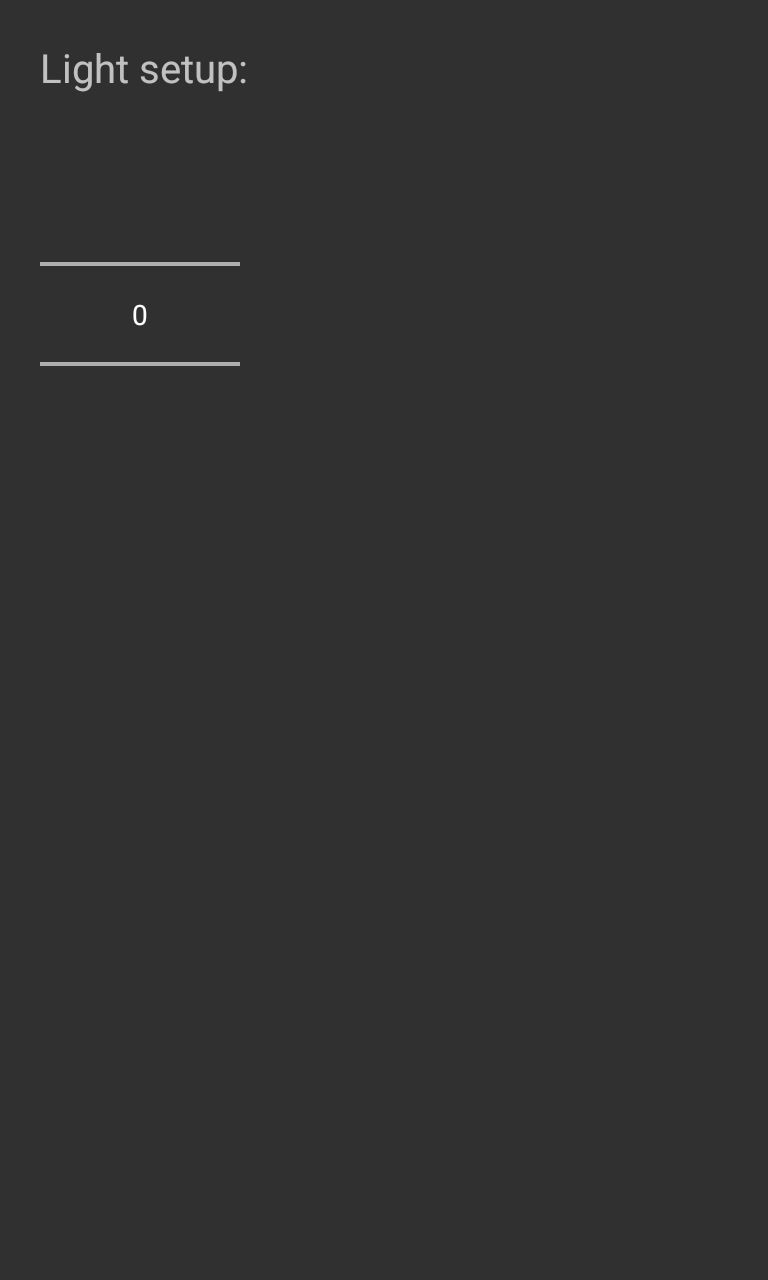
Repository: deanzaka/Shroom-Smart-Terminal
Layout: IOIOShroomST/res/layout/sensors.xml
These files come from the project's save history. The layout is drawn as it stood at one moment and after the next save; the edit follows.
It is drawn on a 768 x 1280 px phone screen (xhdpi) without system bars, with theme Theme.AppCompat; the app's code is not run.

Above is the layout before, as saved 2014-11-18 06:33:00.

### IOIOShroomST/res/layout/sensors.xml
<?xml version="1.0" encoding="utf-8"?>
<LinearLayout xmlns:android="http://schemas.android.com/apk/res/android"
    android:orientation="vertical"
    android:layout_width="fill_parent"
    android:layout_height="fill_parent">

    <TextView
	    android:id="@+id/LightSetupLabel"
	    android:text="@string/light_setup_label"
	    android:layout_width="wrap_content"
	    android:layout_height="wrap_content"
	    android:paddingTop="20dp"
	    android:paddingLeft="20dp"
	    android:textSize="20sp" />

	<RelativeLayout
	    android:layout_width="fill_parent"
	    android:layout_height="wrap_content"
	    android:gravity="left"
	    android:paddingTop="20dp"
	    android:paddingLeft="20dp">

	    <NumberPicker
		    android:id="@+id/userLux"
		    android:layout_width="100dp"
		    android:layout_height="wrap_content"
		    android:layout_alignParentLeft="true"/>

	</RelativeLayout>

</LinearLayout>

### IOIOShroomST/res/values/strings.xml
<?xml version="1.0" encoding="utf-8"?>
<resources>

    <string name="app_name">Shroom - Smart Outlet</string>
    <string name="terminal_1">Plug 1</string>
    <string name="terminal_2">Plug 2</string>
    <string name="terminal_3">Plug 3</string>
    <string name="lamp">Lamp</string>
    <string name="light_label">Light intensity: </string>
    <string name="light_setup_label">Light setup: </string>
    <string name="temp_label">Temperature: </string>
    <string name="cel_label">celcius</string>
    <string name="lux_label">lux</string>
    <string name="auto_label">Auto Mode</string>
    <string name="action_sensors">Sensors</string>
    <string name="action_settings">Setting</string>
    <string name="yes_answer">Yes</string>
    <string name="no_answer">No</string>
    <string name="title_activity_settings">Settings</string>
    <string name="hello_world">Hello world!</string>
    <string name="title_activity_sensors">Sensors</string>
    <string name="light_sensor">Light</string>
    <string name="temp_sensor">Temp</string>
    <string name="timer">Timer</string>

</resources>

After the next save:
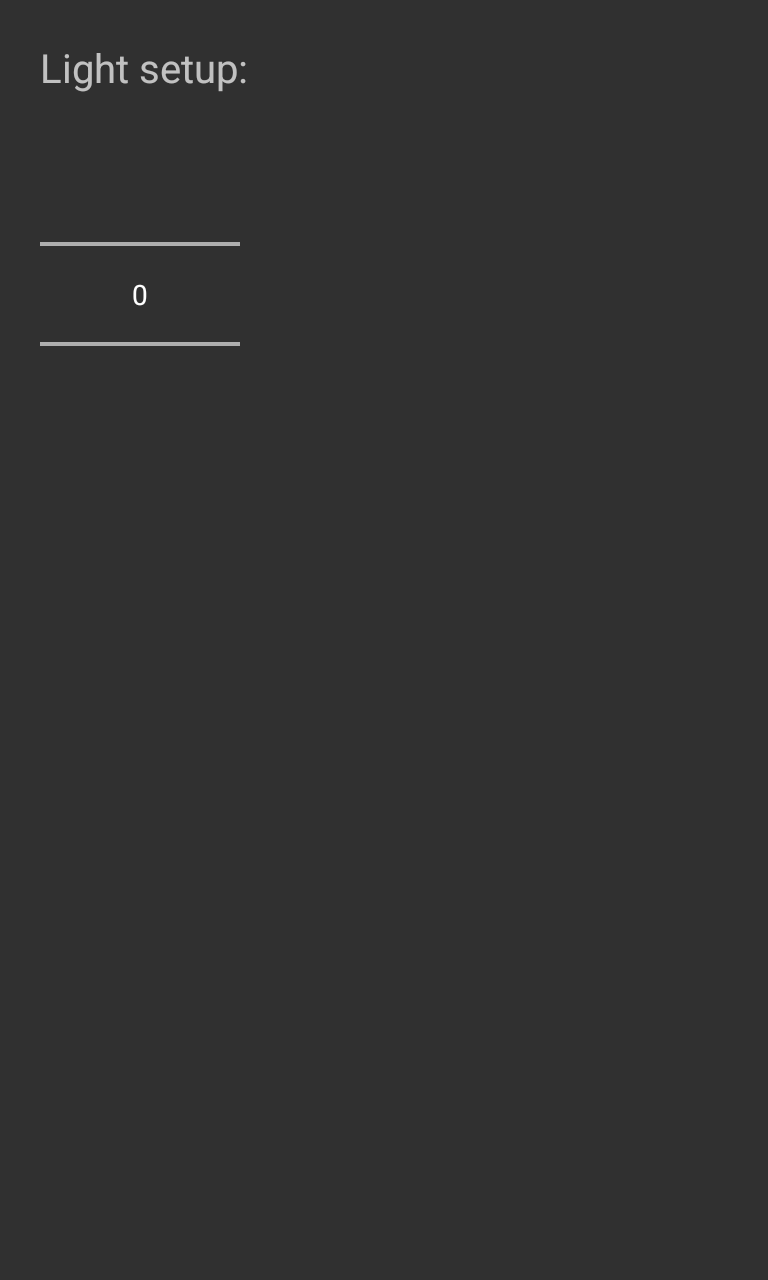
Saved 24 s later.
--- a/IOIOShroomST/res/layout/sensors.xml
+++ b/IOIOShroomST/res/layout/sensors.xml
@@ -17,7 +17,7 @@
 	    android:layout_width="fill_parent"
 	    android:layout_height="wrap_content"
 	    android:gravity="left"
-	    android:paddingTop="20dp"
+	    android:paddingTop="10dp"
 	    android:paddingLeft="20dp">
 
 	    <NumberPicker
